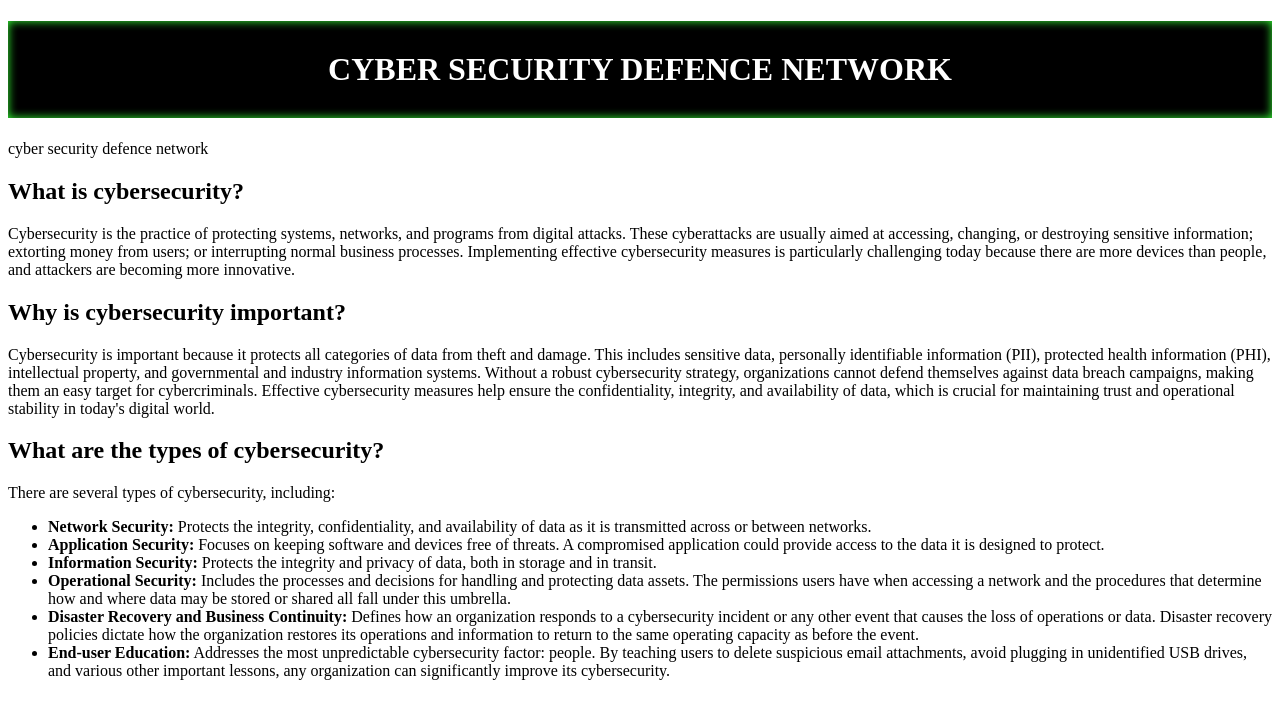
Repository: newworldhost/nwh
Page: index.html
These files come from the project's save history. The page is drawn as it stood at one moment and after a run of saves; the edit follows.
The browser window is 1280 px wide. The pictures show the whole page.

Above is the page before, as saved 2025-03-04 15:41:07.

After the next 3 saves:
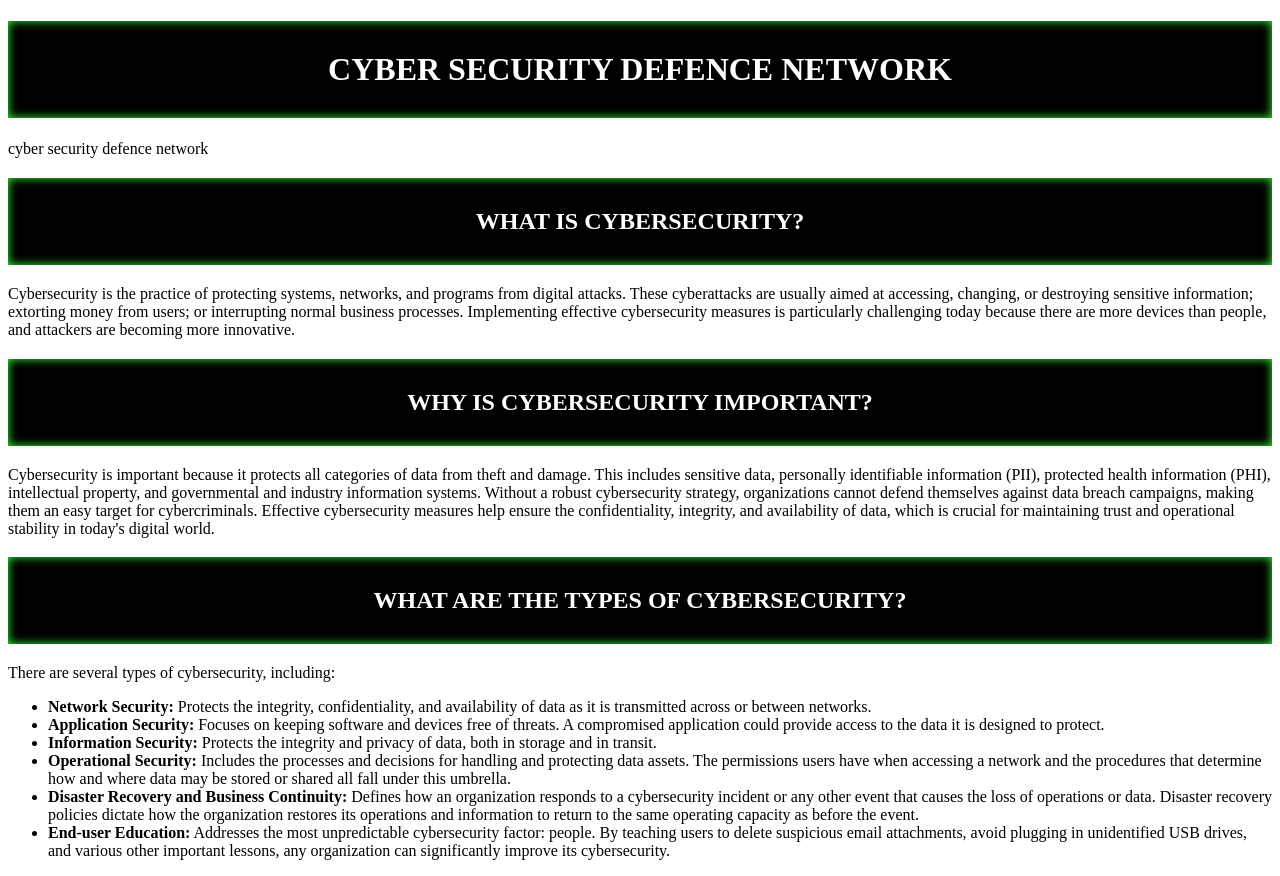
The 3 saves are shown as one change because they came seconds apart.
The last was saved 7 s later.
--- a/style.css
+++ b/style.css
@@ -7,5 +7,10 @@ h1 {
     box-shadow: inset 0 0 10px #33ff33;
 }
 h2 {
-
+    text-align: center;
+    background-color: black;
+    color:white;
+    padding:30px;
+    text-transform: uppercase;
+    box-shadow: inset 0 0 10px #33ff33;
 }
